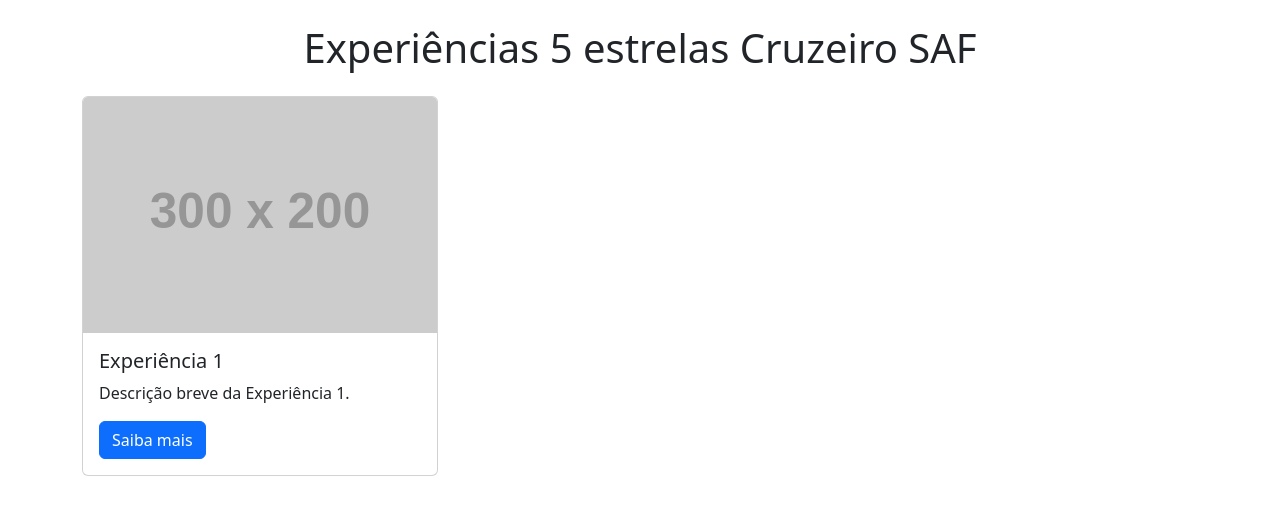
Repository: gh0st-byte/Pagina-de-experiencias-Cruzeiro-SAF
Page: index.html
An editor plug-in stored every save of this project. The page is shown before and after a run of saves, followed by the edit.
The browser window is 1280 px wide. The pictures show the whole page.

Above is the page before, as saved 2025-10-27 13:21:40.

After the next 4 saves:
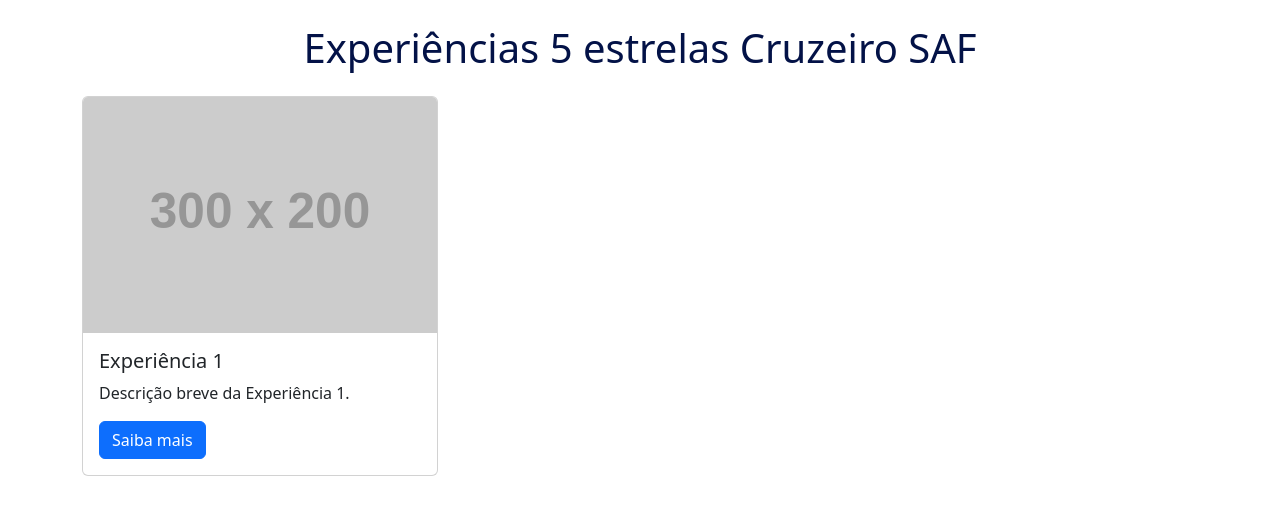
The 4 saves are shown as one change because they came seconds apart.
The last was saved 14 s later.
--- a/index.html
+++ b/index.html
@@ -23,7 +23,9 @@
             padding: 0;
             background-color: #ffffff;
         }
-        .text-center my-4
+        .text-center, .my-4{
+            color: var(--text-color);
+        }
     </style>
 </head>
 <body>
